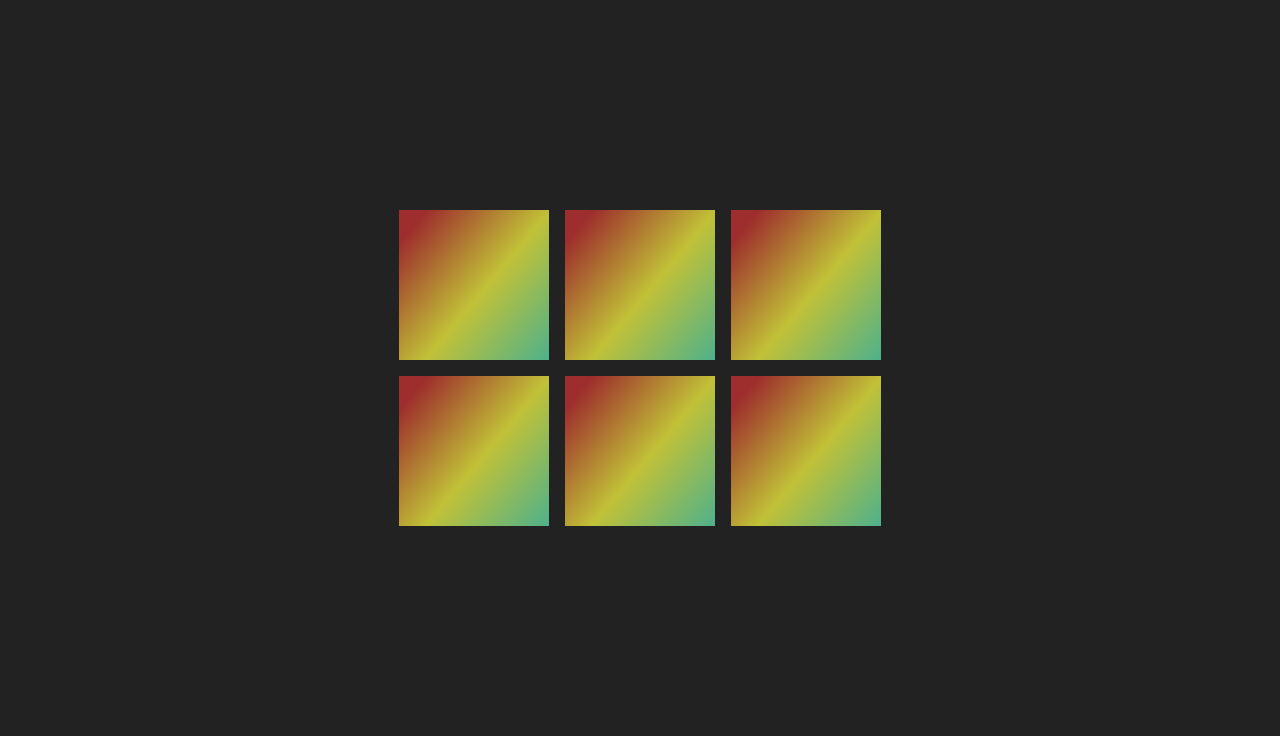
Repository: mariocapitbrok/css-grid
Page: index.html
An editor plug-in stored every save of this project. The page is shown before and after the next save, followed by the edit.
The browser window is 1280 px wide. The pictures show the whole page.

Above is the page before, as saved 2022-12-29 13:15:06.

After the next save:
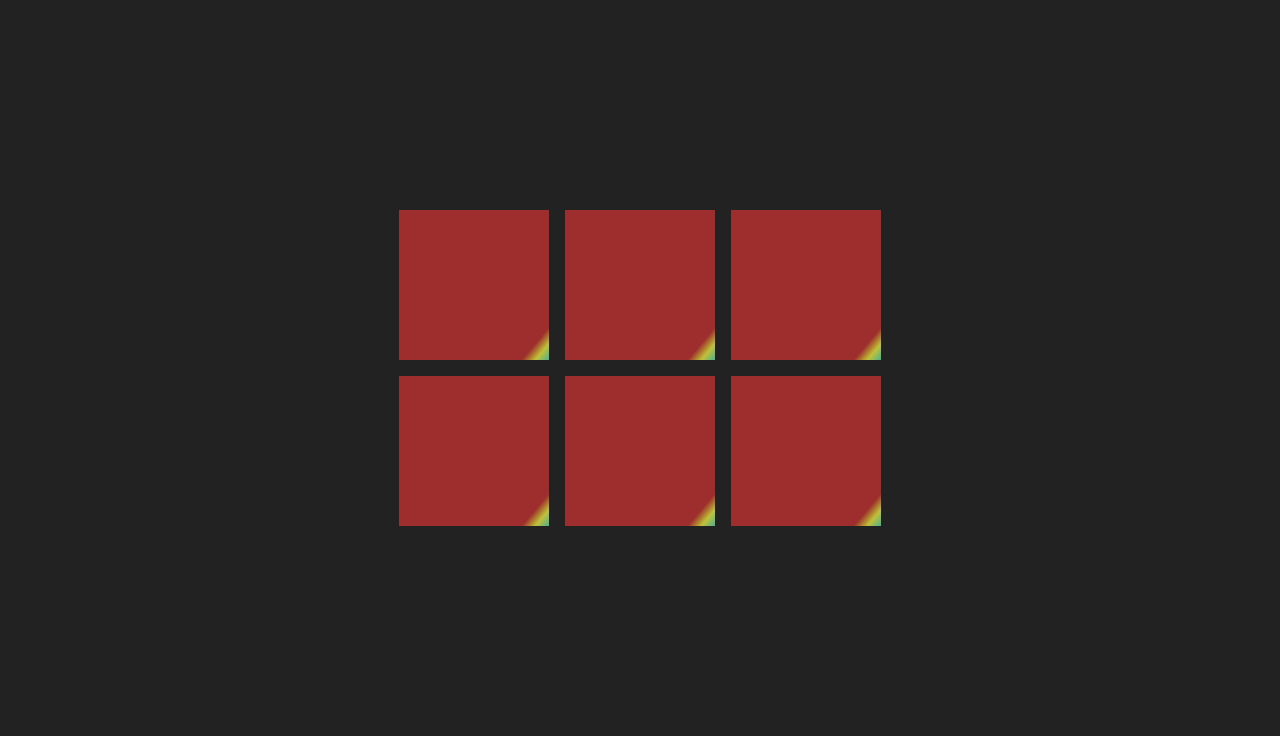
Saved 8 s later.
--- a/styles.css
+++ b/styles.css
@@ -15,5 +15,5 @@
 
 .item {
   background-color: #1EAAFC;
-  background-image: linear-gradient(130deg, #9e2d2d 10%, #c1c137, #4eb18b);
+  background-image: linear-gradient(130deg, #9e2d2d 90%, #c1c137, #4eb18b);
 }

After the save that followed:
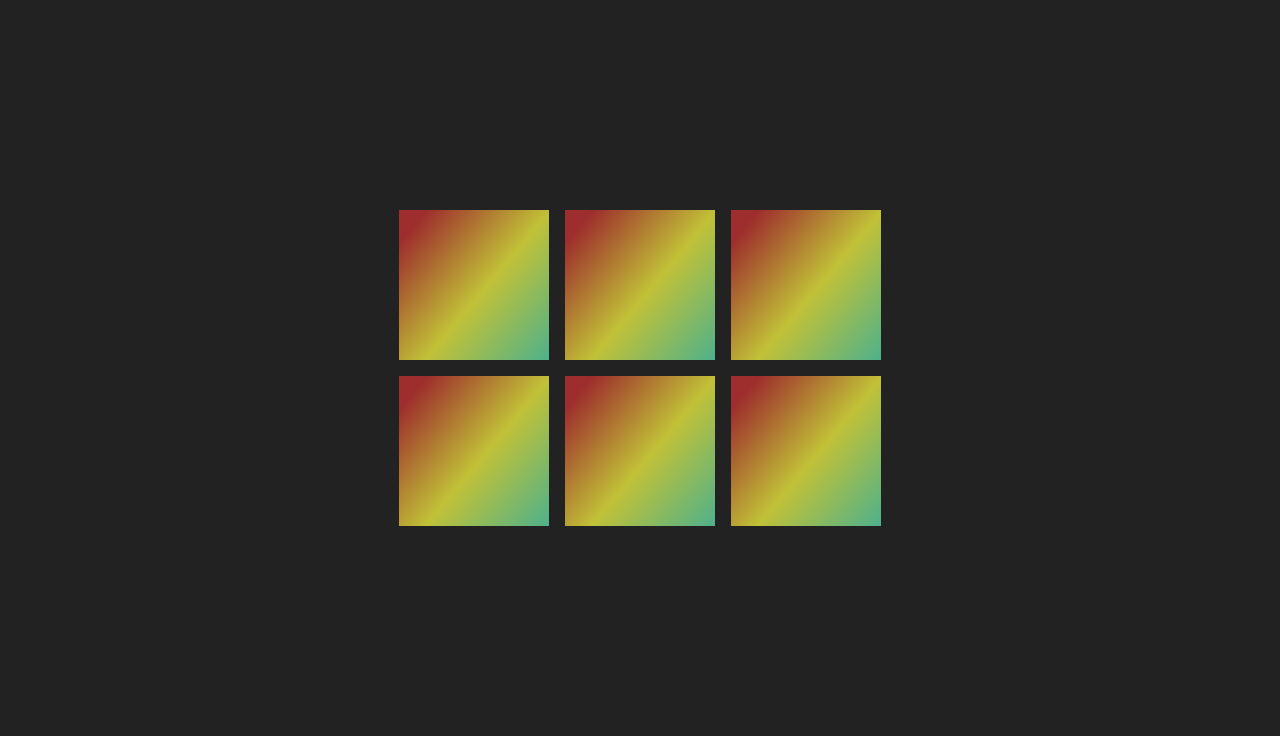
Saved 7 s later.
--- a/styles.css
+++ b/styles.css
@@ -15,5 +15,5 @@
 
 .item {
   background-color: #1EAAFC;
-  background-image: linear-gradient(130deg, #9e2d2d 90%, #c1c137, #4eb18b);
+  background-image: linear-gradient(130deg, #9e2d2d 10%, #c1c137, #4eb18b);
 }
